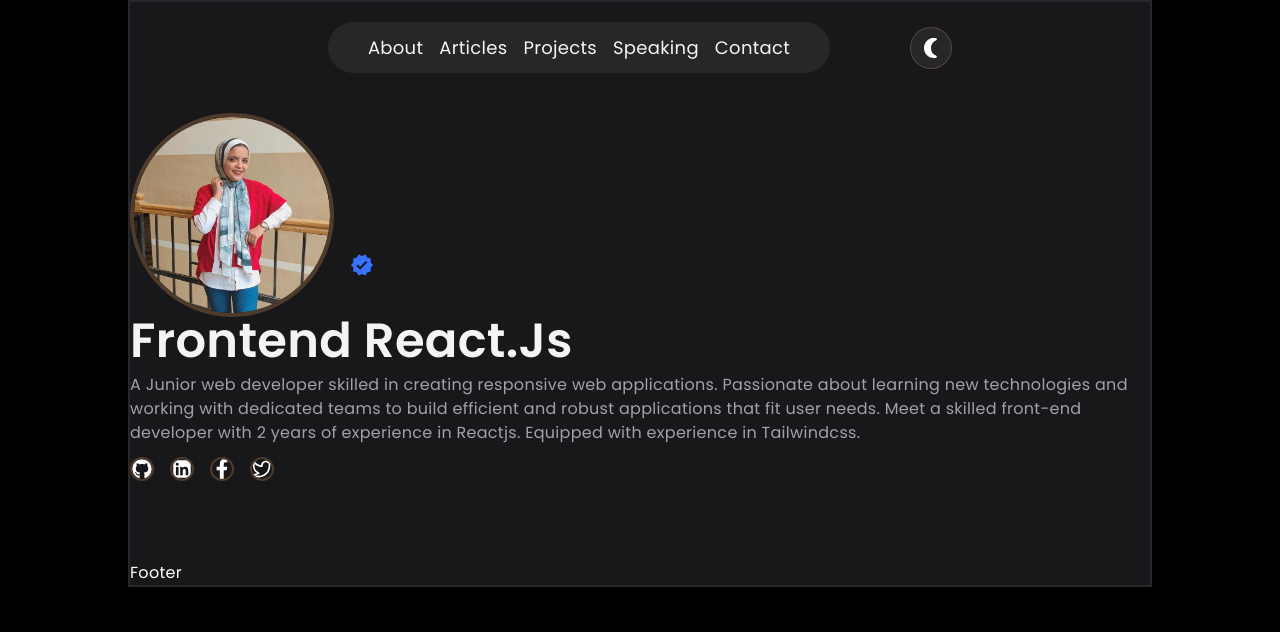
Repository: Wafaabahgat/Portfolio
Page: /
These files come from the project's save history. The page is drawn as it stood at one moment and after the next save; the edit follows.
The browser window is 1280 px wide. The pictures show the whole page.
The project was rebuilt for these pictures with package versions that can differ from the ones it lists, and the page was loaded fresh each time. Also part of the build but not shown: vite.config.ts, src/App.css, src/ErrorPage.tsx.

Above is the page before, as saved 2023-12-08 03:30:49.

### index.html
<!DOCTYPE html>
<html lang="en">
  <head>
    <meta charset="UTF-8" />
    <link rel="icon" type="image/svg+xml" href="/vite.svg" />
    <meta name="viewport" content="width=device-width, initial-scale=1.0" />
    <link rel="preconnect" href="https://fonts.googleapis.com" />
    <link rel="preconnect" href="https://fonts.gstatic.com" crossorigin />
    <link
      href="https://fonts.googleapis.com/css2?family=Poppins:wght@200;300;400;500;600;700;800&display=swap"
      rel="stylesheet"
    />
    <title>My Portfilio</title>
  </head>
  <body>
    <div id="root"></div>
    <script type="module" src="/src/main.tsx"></script>
  </body>
</html>

### src/main.tsx
import { RouterProvider } from "react-router-dom";
import ReactDOM from "react-dom/client";
import "./index.css";
import router from "./App";

ReactDOM.createRoot(document.getElementById("root")!).render(
  <RouterProvider router={router} />
);

### src/index.css
@tailwind base;
@tailwind components;
@tailwind utilities;

* {
  font-family: "Poppins", sans-serif;
  letter-spacing: 0.3px;
}

:root {
  --primary: #000;
  --secondary: rgb(24 24 27);
  --border: rgb(63, 63, 70, 0.4);
}
.light {
  --primary: #fff;
}

body {
  background-color: var(--primary);
  color: #fff;
}

html {
  /* max-width: 2000px; */
  margin: 0;
  padding: 0;
}

.container {
  width: 80%;
  margin-left: auto;
  margin-right: auto;
  background-color: var(--secondary);
  border: 2px solid var(--border);
}
.line {
  border: 1px solid var(--border);
  margin: 1rem 0;
}

li {
  list-style: none;
}
a {
  text-decoration: none;
  transition: 0.3;
}
.border-li:last-child {
  border: none;
}

### src/App.tsx
import "./App.css";
import { createBrowserRouter } from "react-router-dom";
// import Root from "@pages/root";
import Root from "./pages/root";

import { Home } from "./pages/index";
import ErrorPage from "./ErrorPage";

const router = createBrowserRouter([
  {
    path: "/",
    element: <Root />,
    errorElement: <ErrorPage />,
    children: [
      {
        index: true,
        path: "/",
        element: <Home />,
      },
    ],
  },
]);

export default router;

### src/pages/root.tsx
import { Outlet } from "react-router-dom";
import Header from "../components/layouts/Header";
import Footer from "../components/layouts/Footer";

const Root = () => {
  return (
    <div className="container">
      <Header />
      <Outlet />
      <Footer />
    </div>
  );
};

export default Root;

### src/components/layouts/Header.tsx
import { FC, useState } from "react";
import { MdNightlightRound } from "react-icons/md";
import { SlMenu } from "react-icons/sl";
import { IoMdClose } from "react-icons/io";

interface HeaderProps {}

const links = [
  {
    href: "/about",
    name: "about",
  },
  {
    href: "/articles",
    name: "articles",
  },
  {
    href: "/projects",
    name: "projects",
  },
  {
    href: "/speaking",
    name: "speaking",
  },
  {
    href: "/contact",
    name: "contact",
  },
];

const Header: FC<HeaderProps> = () => {
  const [showMenu, setShowMenu] = useState(false);

  return (
    <>
      <div className="mt-5">
        <div className="flex items-center justify-center md:gap-20 gap-4">
          <nav className="">
            <ul className="md:flex hidden py-3 gap-4 px-10 bg-bg-header rounded-full ">
              {links?.map((e, i) => (
                <li
                  key={i}
                  className="capitalize text-main-title md:text-[18px] text-[14px] mx-auto hover:text-main-light hover:text-[20px]"
                >
                  <a href={e?.href}>{e?.name}</a>
                </li>
              ))}
            </ul>
          </nav>
          <button
            onClick={() => {
              setShowMenu(true);
            }}
            className="flex md:hidden text-xl border-border-menu border justify-center items-center bg-bg-header rounded-full w-[42px] h-[42px]"
          >
            <SlMenu className="" />
          </button>
          <div className="bg-bg-header text-2xl cursor-pointer border border-border-menu rounded-full w-[42px] h-[42px] flex items-center justify-center">
            <MdNightlightRound />
          </div>
        </div>
        {showMenu && (
          <div className="fixed py-3 z-11 inset-0 max-w-[85%] max-h-[48%] mt-10 bg-bg-menu mx-auto rounded-2xl">
            <span className="flex justify-end mr-4">
              <button
                onClick={() => {
                  setShowMenu(false);
                }}
                className="bg-white text-lg hover:translate-x-2 text-bg-header rounded-sm p-1"
              >
                <IoMdClose />
              </button>
            </span>
            <ul className="">
              {links?.map((e, i) => (
                <li
                  key={i}
                  className="capitalize text-main-title text-[20px] text-start px-10 py-3 border-li border-b border-bg-border hover:text-main-light hover:text-[25px]"
                >
                  <a href={e?.href}>{e?.name}</a>
                </li>
              ))}
            </ul>
          </div>
        )}
      </div>
    </>
  );
};

export default Header;

### src/components/layouts/Footer.tsx
import { FC } from "react";

interface FooterProps {}

const Footer: FC<FooterProps> = () => {
  return (
    <>
      <div className="mt-20">Footer</div>
    </>
  );
};

export default Footer;

### src/pages/Home.tsx
import { FC } from "react";
import Hero from "../components/home/Hero";

interface HomeProps {}

const Home: FC<HomeProps> = () => {
  return (
    <>
      <div className="">
        <Hero />
      </div>
    </>
  );
};

export default Home;

### src/components/home/Hero.tsx
import { FC } from "react";
import avatar from "../../assets/avatar1.png";
import { MdVerified } from "react-icons/md";
import { FaFacebookF, FaLinkedin,FaGithub } from "react-icons/fa";
import { FiTwitter } from "react-icons/fi";

interface HeroProps {}

const Hero: FC<HeroProps> = () => {
  return (
    <>
      <div className="mt-10">
        <div>
          <div className="flex items-end gap-4">
            <img
              src={avatar}
              className="w-[20%] border-border-menu border-4 rounded-full"
            />
            <MdVerified className="text-2xl text-main-light mb-10" />
          </div>
          <h1 className="text-main-title font-semibold text-5xl mb-2 capitalize">
            frontend react.js
          </h1>
          <p className=" text-sub-title text-md mb-3">
            A Junior web developer skilled in creating responsive web
            applications. Passionate about learning new technologies and working
            with dedicated teams to build efficient and robust applications that
            fit user needs. Meet a skilled front-end developer with 2 years of
            experience in Reactjs. Equipped with experience in Tailwindcss.
          </p>
          <div className="flex gap-4 ">
            <FaGithub className="text-2xl rounded-full  border-2 border-border-menu "/>
            <FaLinkedin className="text-2xl rounded-full border-2 border-border-menu "/>
            <FaFacebookF className="text-2xl rounded-full border-2 border-border-menu "/>
            <FiTwitter className="text-2xl rounded-full border-2 border-border-menu "/>
          </div>
        </div>
      </div>
    </>
  );
};

export default Hero;

### tailwind.config.js
/** @type {import('tailwindcss').Config} */
export default {
  content: ["./index.html", "./src/**/*.{js,ts,jsx,tsx}"],
  darkMode: "class",
  theme: {
    extend: {
      colors: {
        main: "#252466",
        "main-light": "#3873FF",
        "text-primary": "#000",
        "bg-header": "rgb(39, 39, 42)",
        "bg-menu": "rgba(40,40, 48, 0.91)",
        "bg-border": "rgb(63, 63, 70, 0.4)",
        "border-menu": "rgb(244, 165, 96, 0.249)",
        "main-title": "rgb(244, 244, 245)",
        "sub-title": "rgb(161, 161, 170)",
        // "sub-dark": "#252466",
        // "main-dark": "#41427D",
        // "text-color": "#FCFCFC",
        // "text-gray": "#667085",
        // "text-primary": "#9795B5",
      },
      // gridTemplateColumns: {
      //   prod: "repeat(auto-fit, minmax(130px, 1fr))",
      //   plog: "repeat(auto-fit, minmax(300px, 1fr))",
      // },
    },
  },
  plugins: [],
};

Loaded but not shown: src/pages/index.ts (common file)

After the next save:
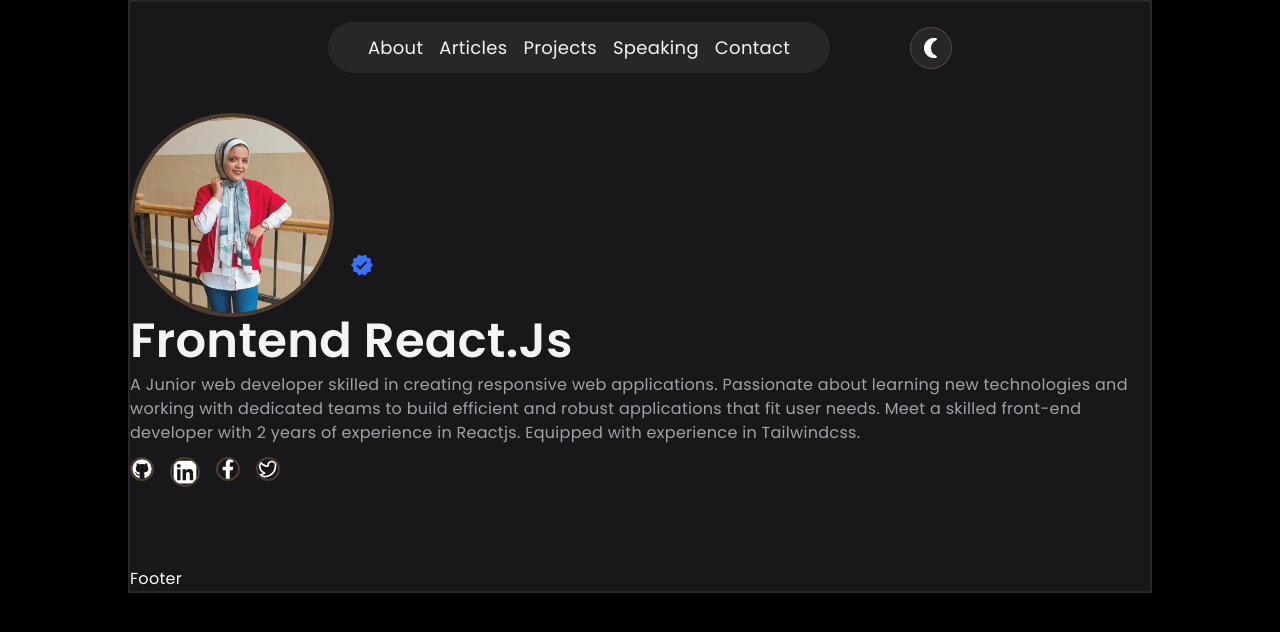
Saved 5 s later.
--- a/src/components/home/Hero.tsx
+++ b/src/components/home/Hero.tsx
@@ -30,7 +30,7 @@ const Hero: FC<HeroProps> = () => {
           </p>
           <div className="flex gap-4 ">
             <FaGithub className="text-2xl rounded-full  border-2 border-border-menu "/>
-            <FaLinkedin className="text-2xl rounded-full border-2 border-border-menu "/>
+            <FaLinkedin className="text-3xl rounded-full border-2 border-border-menu "/>
             <FaFacebookF className="text-2xl rounded-full border-2 border-border-menu "/>
             <FiTwitter className="text-2xl rounded-full border-2 border-border-menu "/>
           </div>
